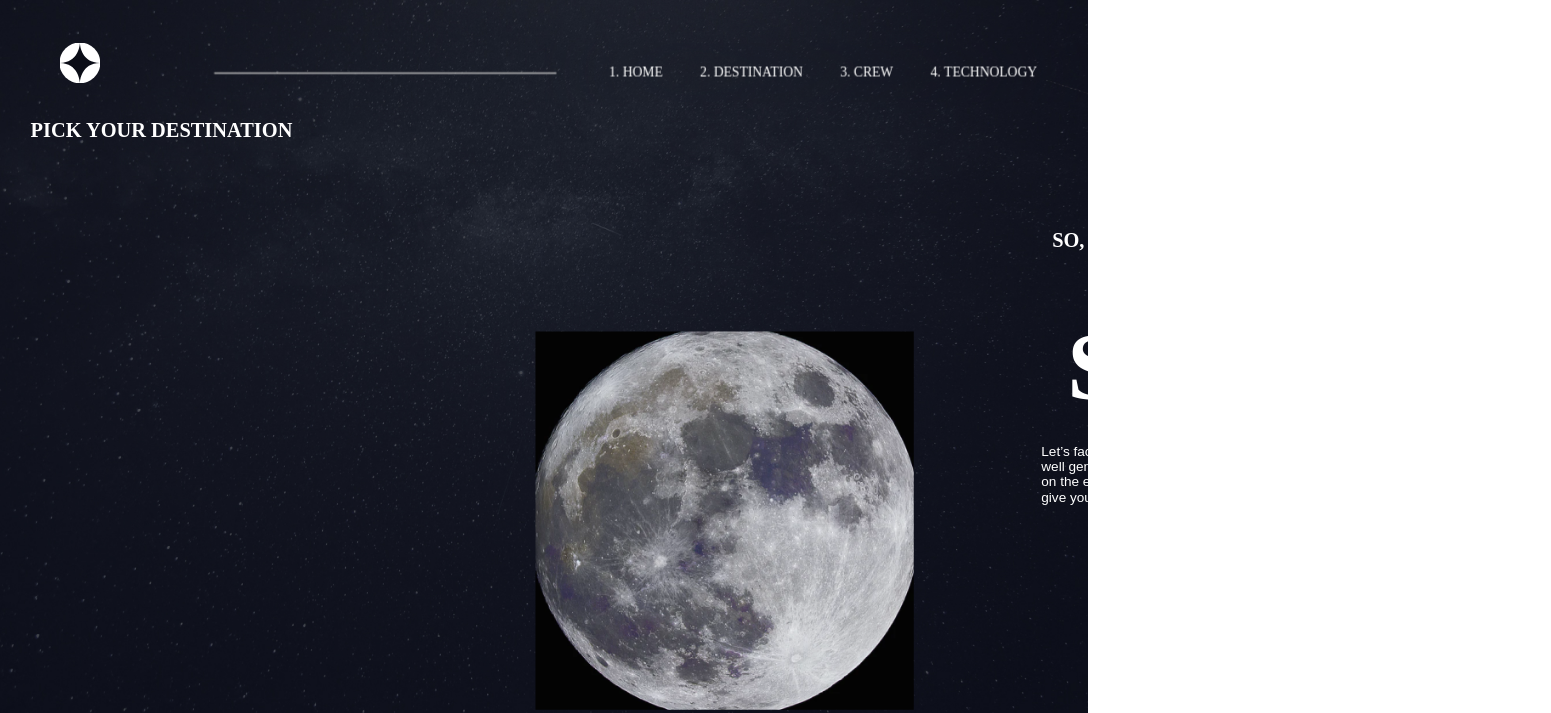
Repository: batonAnton/space_tourism
Page: destination.html
The author's editor kept a copy of each file at every save. The page is drawn from the files as they stood at one save, then again after the next save.
The browser window is 1280 px wide. The page is 1725 px wide, then 1825 px, so the pictures cover 1825 px, including what lies to the right of the window. The pictures show the whole page, at 85% of full size.
Some web fonts or font styles are not loaded; a fallback is used.

Above is the page before, as saved 2022-05-19 14:57:19.

### destination.html
<!DOCTYPE html>
<html lang="en">
<head>
    <meta charset="UTF-8">
    <meta http-equiv="X-UA-Compatible" content="IE=edge">
    <meta name="viewport" content="width=device-width, initial-scale=1.0">
    <title>Space Tourism</title>
    <link rel="stylesheet" href="css/style2 .css">
    <link rel="preconnect" href="https://fonts.googleapis.com">
    <link rel="preconnect" href="https://fonts.gstatic.com" crossorigin>
    <link href="https://fonts.googleapis.com/css2?family=Bellefair&family=Merriweather&display=swap" rel="stylesheet">

    <link rel="preconnect" href="https://fonts.gstatic.com" crossorigin>
    <link href="https://fonts.googleapis.com/css2?family=Bellefair&family=Merriweather&display=swap" rel="stylesheet">
    <link rel="preconnect" href="https://fonts.googleapis.com">
    <link rel="preconnect" href="https://fonts.gstatic.com" crossorigin>
    <link href="https://fonts.googleapis.com/css2?family=Barlow+Condensed:wght@300&family=Bellefair&family=Merriweather&display=swap" rel="stylesheet">
</head>
<body>

    <div id="destination" class="bg">
        <div class="top-container">
            <div class="logo_img">
                <img src="/images/Icon.svg" alt="logo">

            </div>

                                             <!--navbar code -->
            <div class="nav">

                <hr>
                    <ol>

                        <li><a href="#home">home</a></li>
                        <li><a href="">destination</a></li>
                        <li><a href="">crew</a></li>
                        <li><a href="">technology</a></li>

                    </ol>

            </div>
        </div>

        <div class="middle_container">
            <h2>pick your destination</h2>


            <div class="planet_img">
                <div class="planet_bg">
                    <img src="/images/destination_img/moon.png" alt="">
                </div>
            </div>



                <div class="get-info">
                    <h2>so, you want to travel to</h2>
                    <h1>space</h1>
                    <p>Let’s face it; if you want to go to space, you might as well genuinely go to outer space and not hover kind of on the edge of it. Well sit back, and relax because we’ll give you a truly out of this world experience!</p>
                </div>


        </div>

    </div>
</body>
</html>

### css/style2 .css
body {
  /* height: 900px; */
  margin: 0;
}

.bg {
  background-image: url(/images/destination_img/bg.jpg);
  height: 100%;
  background-position: center;
  background-repeat: no-repeat;
  background-size: cover;
}

.top-container {
  /* display: inline-block; */
  padding: 50px 0px 50px 70px;
  /* width: 100%; */
}

.logo_img {
  /* width: 555px; */
  float: left;
}

hr {
  width: 400px;
  position: absolute;
  margin: 25px 0px 100px -390px;
}

.nav {
  /* width: 60%; */
  /* margin-left: 408px; */
  position: relative;
  float: right;
  clear: none;
  /* border: 1px solid #979797; */
  padding: 10px 0px 10px 0px;
  backdrop-filter: blur(85px);
  text-transform: uppercase;
}
.nav a {
  text-decoration: none;
}

.nav a:after {
  background: none repeat scroll 0 0 transparent;
  bottom: 0;
  content: "";
  display: block;
  height: 2px;
  left: 50%;
  position: absolute;
  background: #fff;
  transition: width 0.3s ease 0s, left 0.3s ease 0s;
  width: 0;
}
a:hover:after {
  width: 10%;
  left: 0;
}

ol {
  display: inline-flex;
  /* width: 200px; */
  margin-left: 50px;
}

li {
  padding: 0px 60px 0px 0px;
  color: #ffffff;
}

.nav a {
  color: #ffffff;
  font-family: "Bellefair", serif;
  /* font-family: "Merriweather", serif; */
}

/* middle-container property */
.middle_container {
  display: inline-flex;
}

.get-info {
  margin: 130px 100px 100px 150px;
}

.h2_planet {
  height: 1px;
  display: block;
  margin: 100px 0px 0px 100px;
  font-size: 16px;
}

h1,
h2,
p {
  color: #ffffff;
}

h1,
h2 {
  text-align: center;
  width: 380px;
  text-transform: uppercase;
  font-family: "Bellefair", serif;
}

h1 {
  font-size: 7rem;
  height: 80px;
  padding-left: 20px;
  margin-top: 70px;
}

p {
  width: 400px;
  text-align: left;
  font-family: "Barlow Condensed", sans-serif;
}

.planet_img {
  margin: 270px 0px 0px 250px;
}

After the next save:
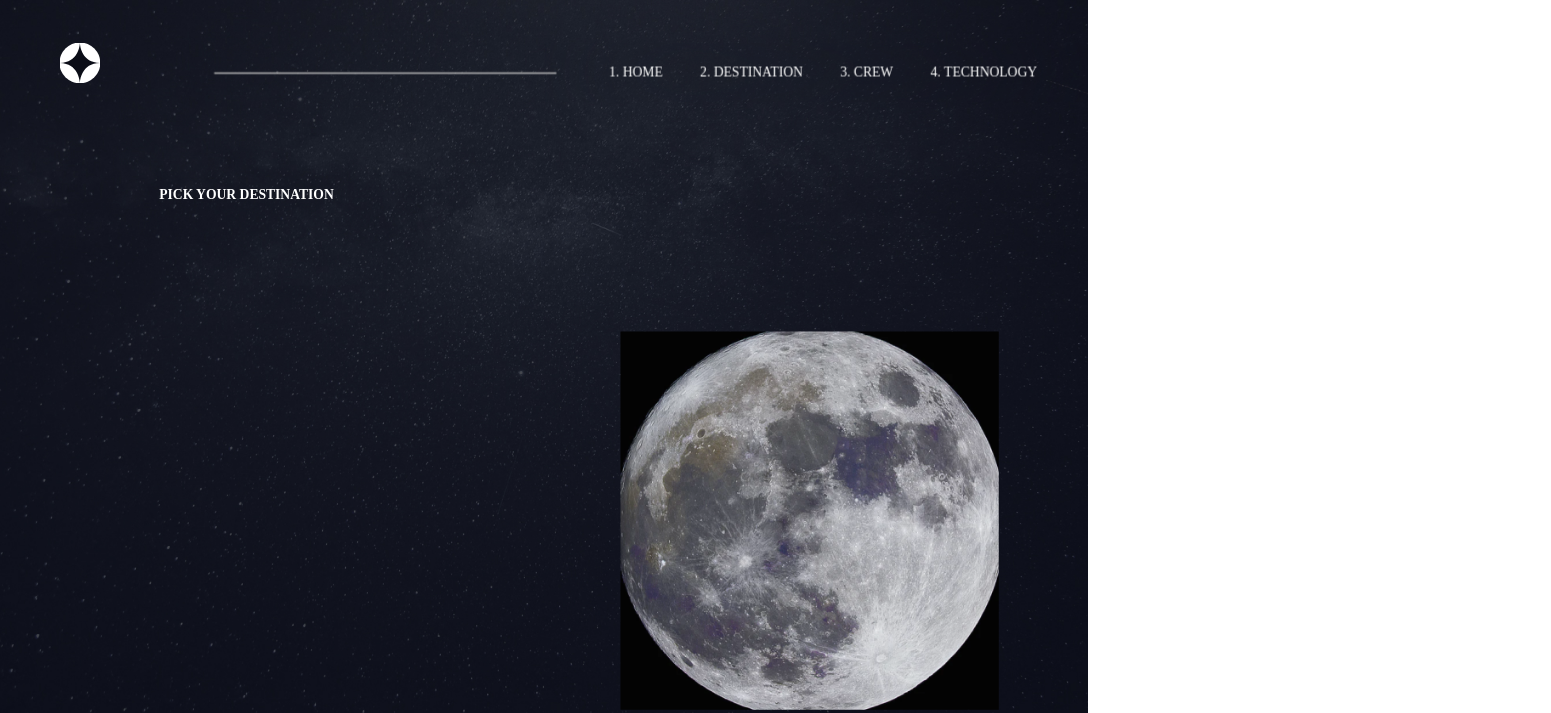
Saved 108 s later.
--- a/destination.html
+++ b/destination.html
@@ -42,7 +42,7 @@
         </div>
 
         <div class="middle_container">
-            <h2>pick your destination</h2>
+            <h2 class="h2_planet">pick your destination</h2>
 
 
             <div class="planet_img">
